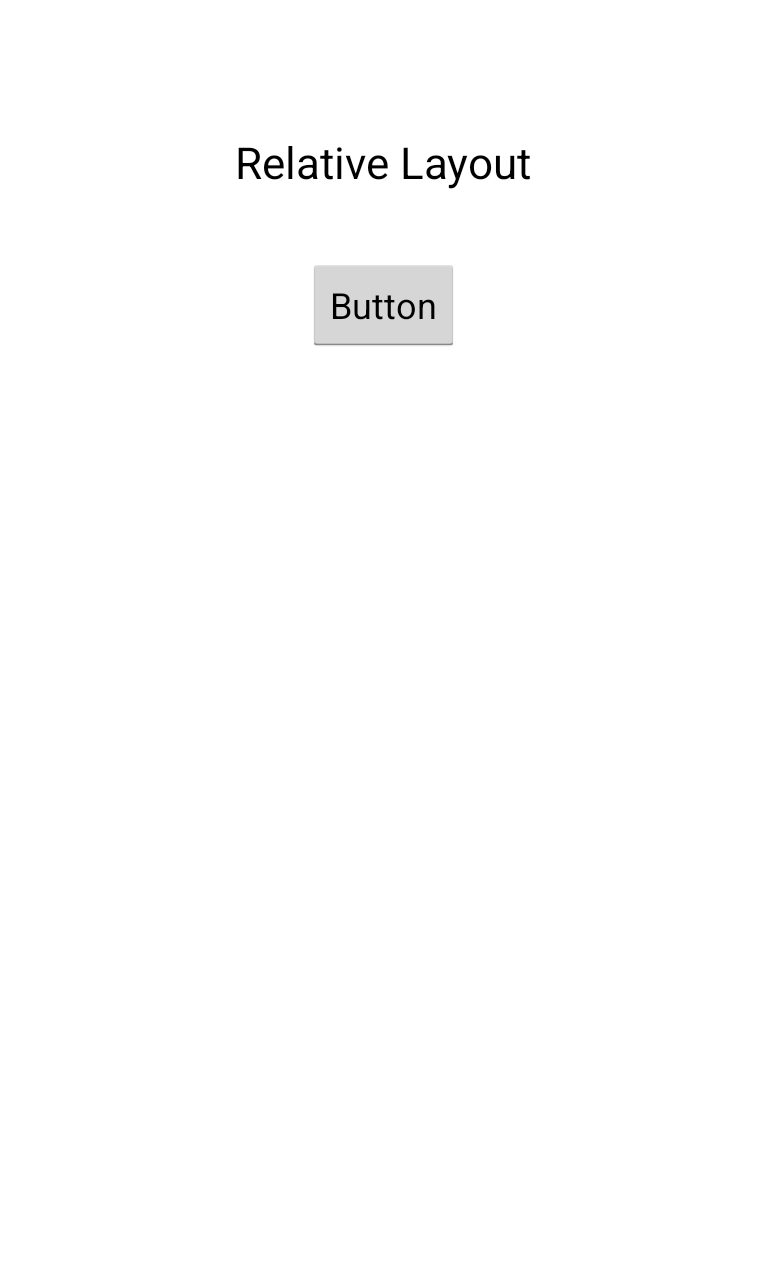
Repository: MadhuHS/JECM3
Layout: Layouts/res/layout/activity_main.xml
The author's editor kept a copy of each file at every save. The layout is drawn from the files as they stood at one save, then again after the next save.
It is drawn on a 768 x 1280 px phone screen (xhdpi) without system bars, with theme AppTheme; the app's code is not run.

Above is the layout before, as saved 2015-11-25 03:36:53.

After the next save:
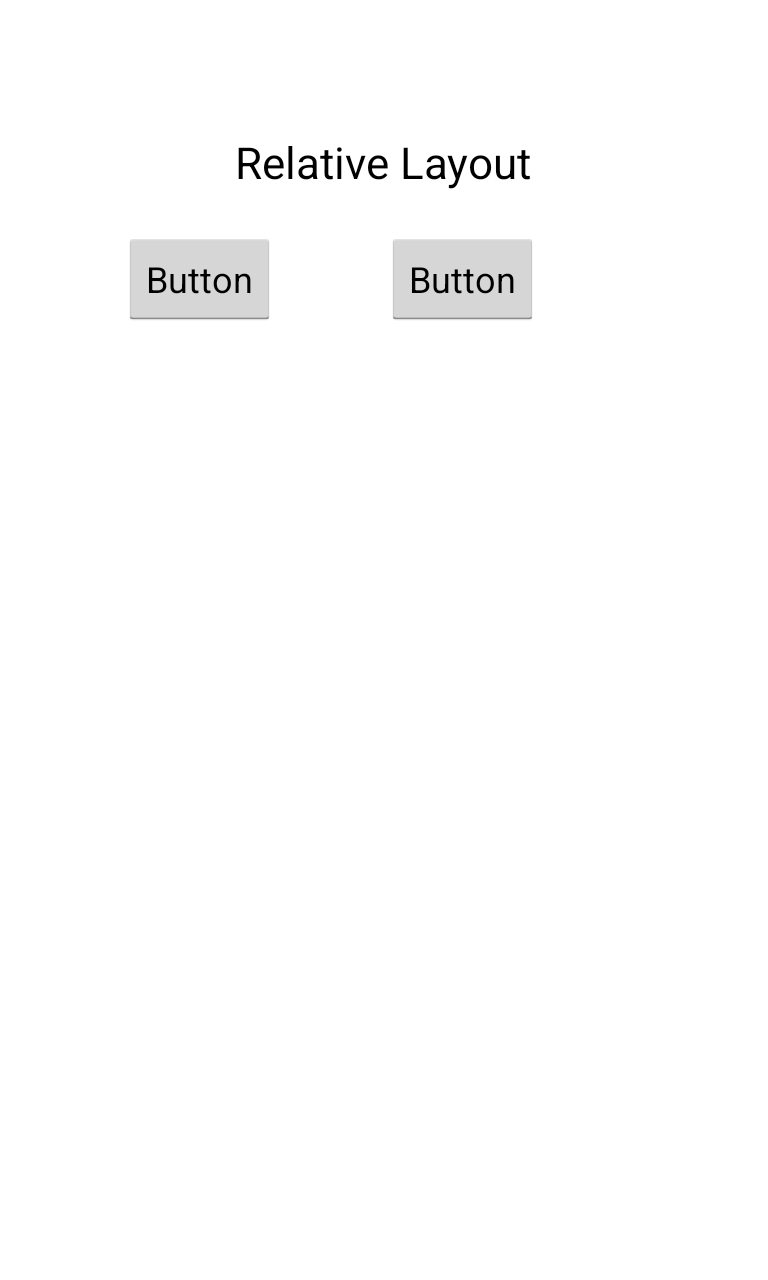
Saved 21 s later.
--- a/Layouts/res/layout/activity_main.xml
+++ b/Layouts/res/layout/activity_main.xml
@@ -22,9 +22,19 @@
         android:id="@+id/button1"
         android:layout_width="wrap_content"
         android:layout_height="wrap_content"
+        android:layout_alignParentLeft="true"
         android:layout_below="@+id/textView1"
-        android:layout_centerHorizontal="true"
-        android:layout_marginTop="33dp"
+        android:layout_marginLeft="45dp"
+        android:layout_marginTop="20dp"
+        android:text="Button" />
+
+    <Button
+        android:id="@+id/button2"
+        android:layout_width="wrap_content"
+        android:layout_height="wrap_content"
+        android:layout_alignTop="@+id/button1"
+        android:layout_marginLeft="54dp"
+        android:layout_toRightOf="@+id/button1"
         android:text="Button" />
 
 </RelativeLayout>
